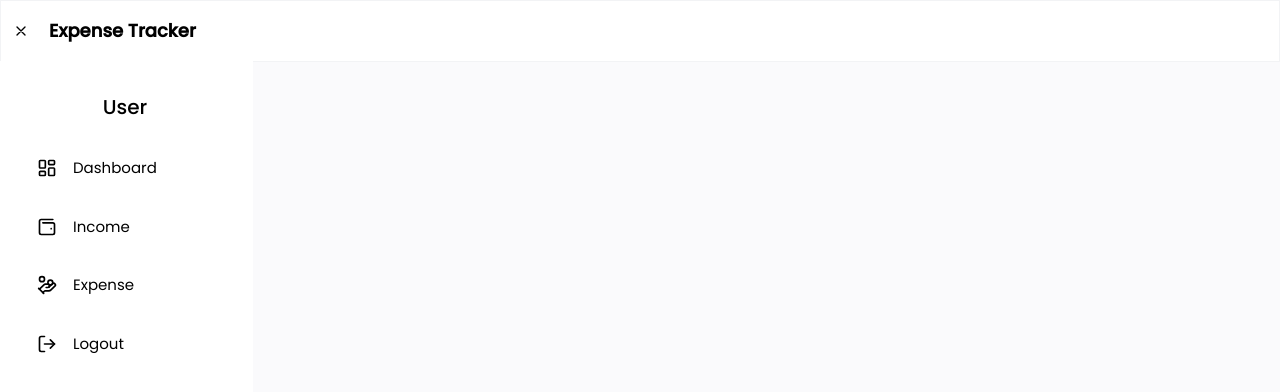
Repository: SnehPatel03/expense-tracker
Page: /income (app in Frontend/expenseTracker/)
These files come from the project's save history. The page is drawn as it stood at one moment and after the next save; the edit follows.
The browser window is 1280 px wide. The pictures show the whole page.
The project was rebuilt for these pictures with package versions that can differ from the ones it lists, and the page was loaded fresh each time. Also part of the build but not shown: Frontend/expenseTracker/vite.config.js, Frontend/expenseTracker/src/inputs/ProfilePhotoSelector.jsx, Frontend/expenseTracker/src/pages/SignUp.jsx, Frontend/expenseTracker/src/pages/Login.jsx, Frontend/expenseTracker/src/pages/Expense.jsx, Frontend/expenseTracker/src/components/Card.jsx, Frontend/expenseTracker/src/components/TransactionInfoCard.jsx, Frontend/expenseTracker/src/components/RecentTransactions.jsx and 11 more.

Above is the page before, as saved 2025-07-16 00:35:59.

After the next save:
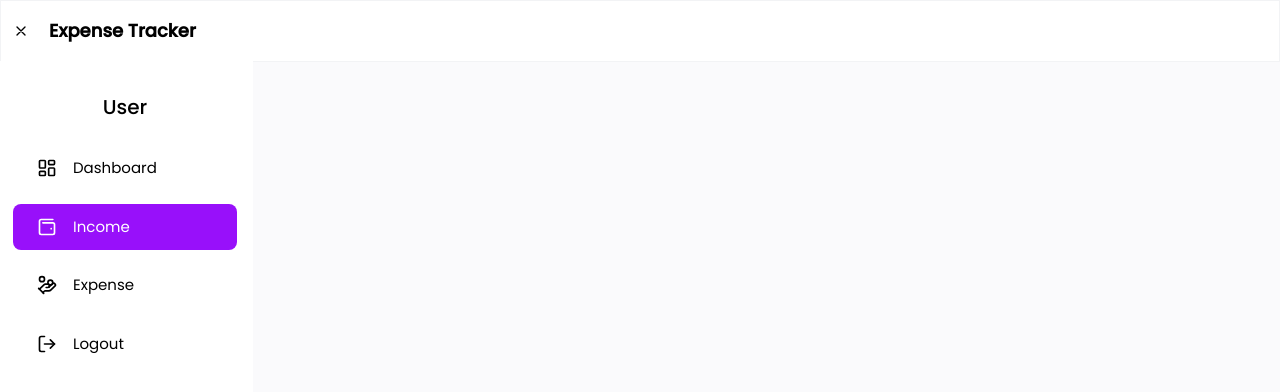
Saved 64 s later.
--- a/Frontend/expenseTracker/src/pages/Income.jsx
+++ b/Frontend/expenseTracker/src/pages/Income.jsx
@@ -3,7 +3,7 @@ import DashboardLayout from '../Layouts/DashboardLayout'
 
 function Income() {
   return (
-   <DashboardLayout activeMenu={Income}>
+   <DashboardLayout activeMenu={"Income"}>
     <div className='flex mt-15'>
 
     </div>
